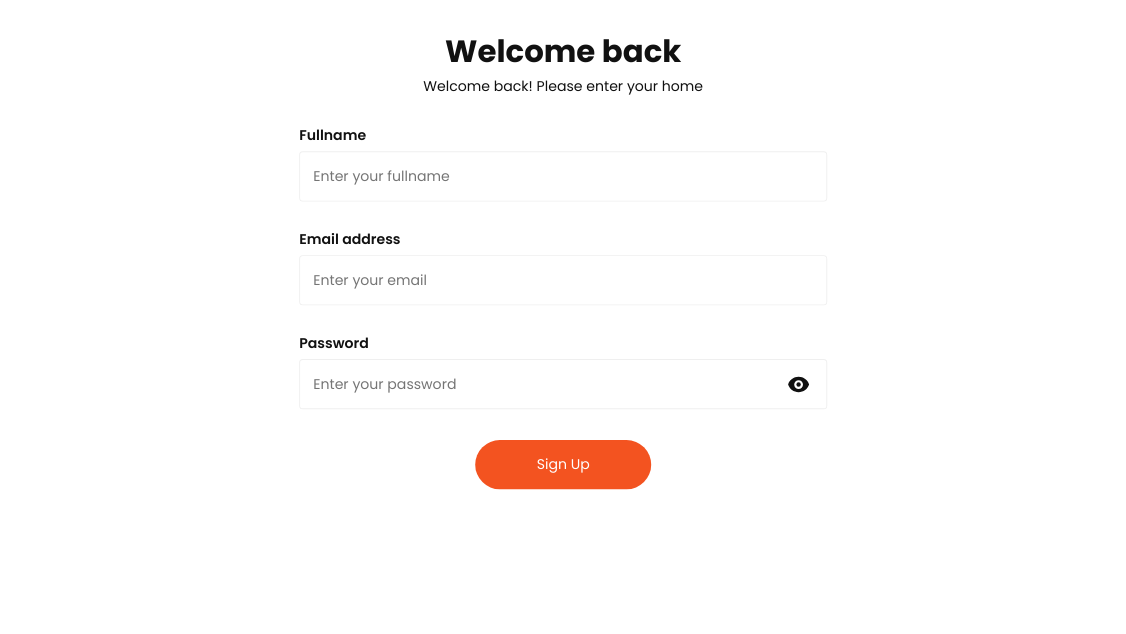
Repository: hoang0508/ReactJs-Fruits
Page: /sign-up
An editor plug-in stored every save of this project. The page is shown before and after the next save, followed by the edit.
The browser window is 1280 px wide. The pictures show the whole page, at 88% of full size.
The project was rebuilt for these pictures with package versions that can differ from the ones it lists, and the page was loaded fresh each time. Also part of the build but not shown: src/Pages/NotFoundPage.js, src/hooks/useHookAPI.js, src/hooks/useLocalStrorage.js, src/components/context/Auth-Context.js, src/components/Media/Social.scss, src/components/Media/Social.js, src/components/Footer/Footercoppy.js, src/components/Footer/Footer.js and 33 more.

Above is the page before, as saved 2022-05-12 10:32:28.

After the next save:
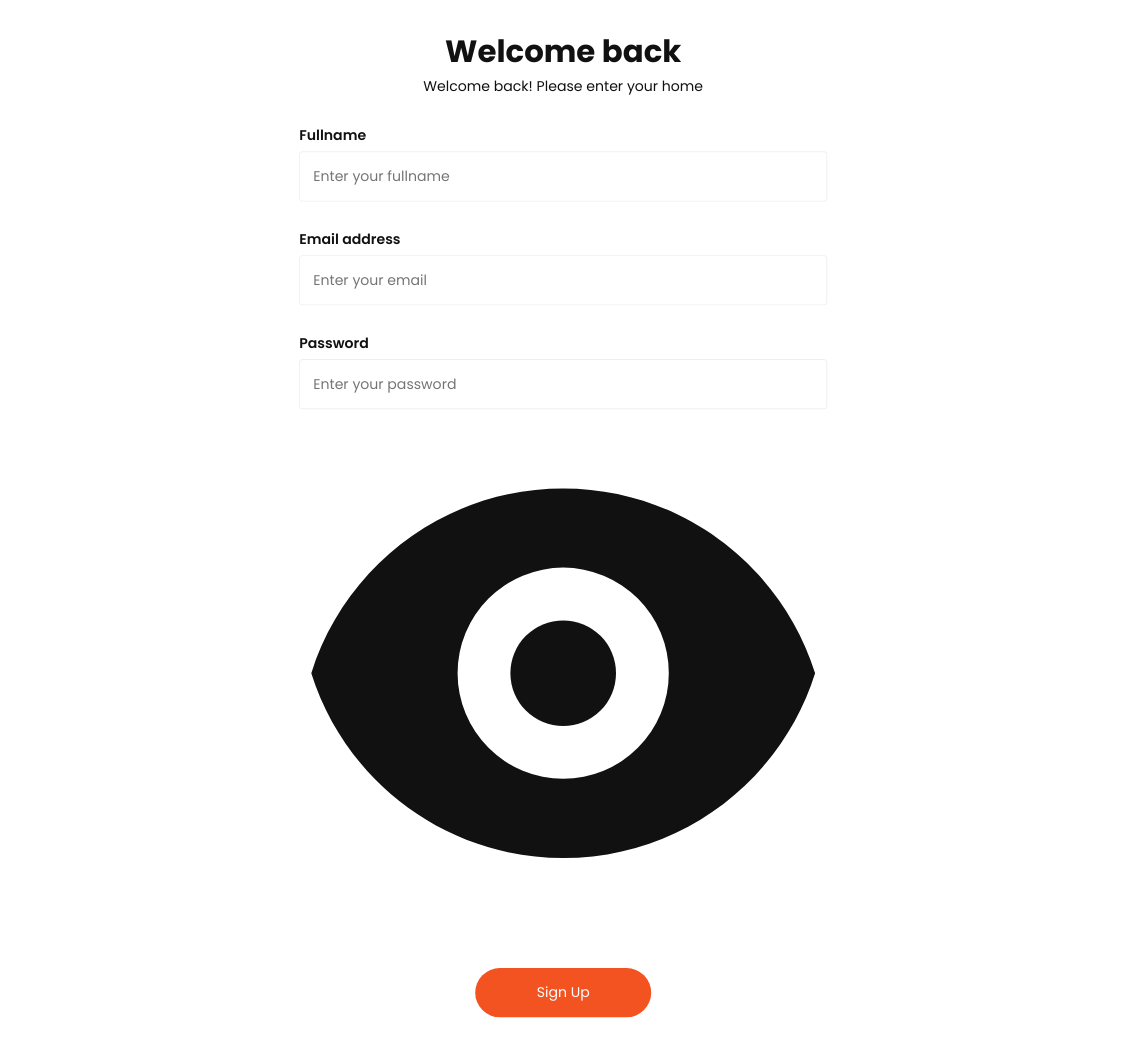
Saved 99 s later.
--- a/src/Pages/SignUpPage.js
+++ b/src/Pages/SignUpPage.js
@@ -47,21 +47,19 @@ const SignUpPage = () => {
         <Field>
           <Label htmlFor="password">Password</Label>
           <Input name="password" type="text" placeholder="Enter your password">
-            <span className="input-icon">
-              <svg
-                xmlns="http://www.w3.org/2000/svg"
-                className="h-5 w-5"
-                viewBox="0 0 20 20"
-                fill="currentColor"
-              >
-                <path d="M10 12a2 2 0 100-4 2 2 0 000 4z" />
-                <path
-                  fillRule="evenodd"
-                  d="M.458 10C1.732 5.943 5.522 3 10 3s8.268 2.943 9.542 7c-1.274 4.057-5.064 7-9.542 7S1.732 14.057.458 10zM14 10a4 4 0 11-8 0 4 4 0 018 0z"
-                  clipRule="evenodd"
-                />
-              </svg>
-            </span>
+            <svg
+              xmlns="http://www.w3.org/2000/svg"
+              className="h-5 w-5"
+              viewBox="0 0 20 20"
+              fill="currentColor"
+            >
+              <path d="M10 12a2 2 0 100-4 2 2 0 000 4z" />
+              <path
+                fillRule="evenodd"
+                d="M.458 10C1.732 5.943 5.522 3 10 3s8.268 2.943 9.542 7c-1.274 4.057-5.064 7-9.542 7S1.732 14.057.458 10zM14 10a4 4 0 11-8 0 4 4 0 018 0z"
+                clipRule="evenodd"
+              />
+            </svg>
           </Input>
         </Field>
         <Button

After the save that followed:
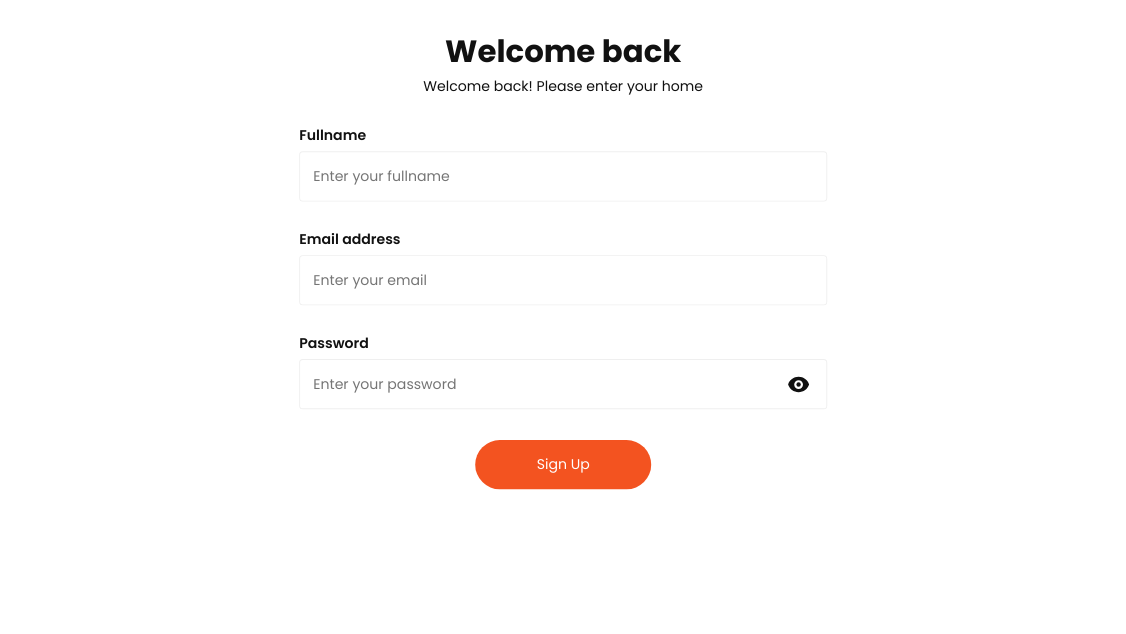
Saved 18 s later.
--- a/src/components/Input/Input.js
+++ b/src/components/Input/Input.js
@@ -35,7 +35,7 @@ const Input = ({
   return (
     <InputStyles>
       <input type={type} placeholder={placeholder} id={name} {...props} />
-      {children}
+      {children ? <span className="input-icon">{children}</span> : null}
     </InputStyles>
   );
 };
